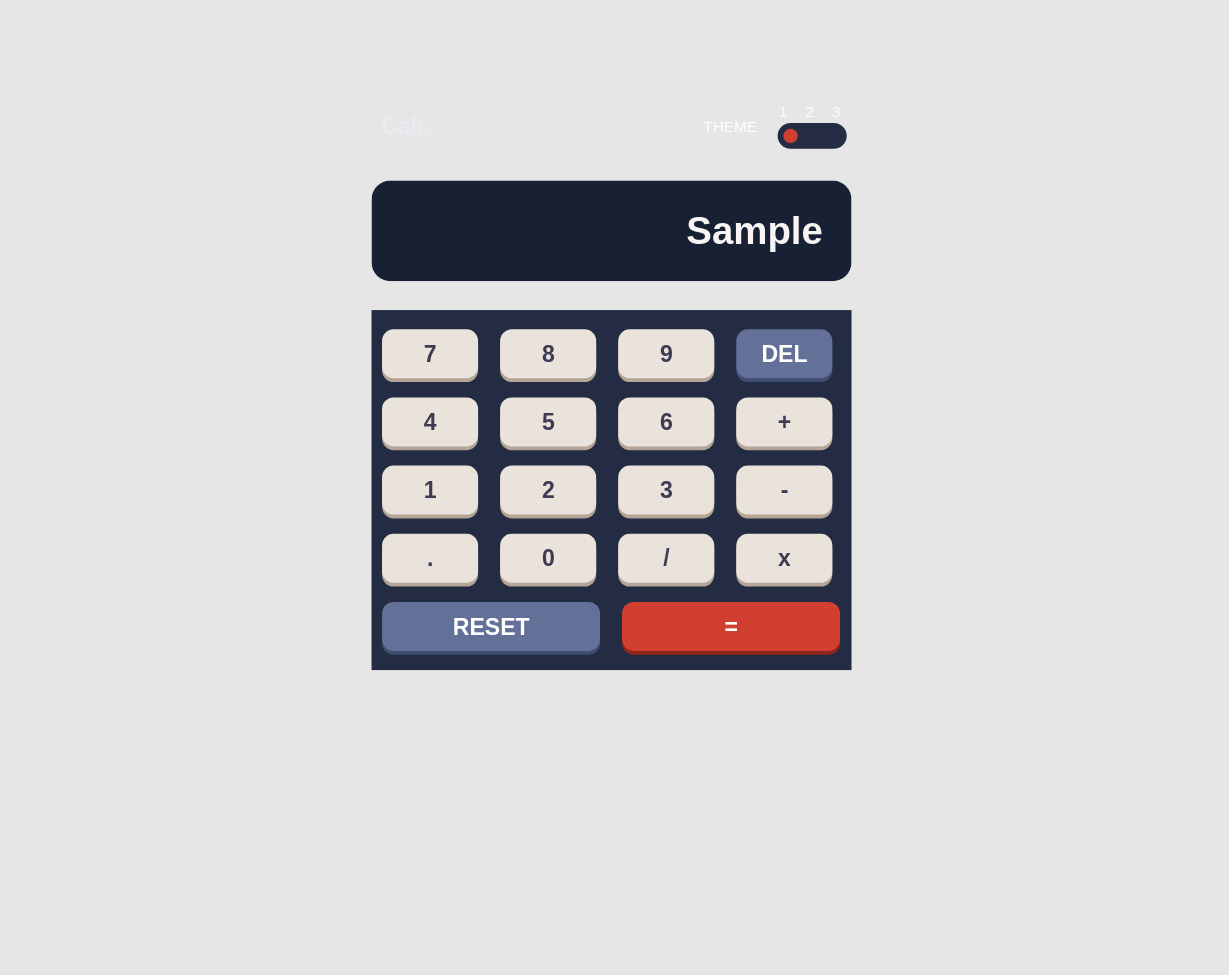
Repository: Bakyproit/Calcutor
Page: index.html
An editor plug-in stored every save of this project. The page is shown before and after the next save, followed by the edit.
The browser window is 1280 px wide. The pictures show the whole page, at 96% of full size.
Empty fields were first filled with sample values (such as "Sample", 5 or name@example.com).
After loading, the first visible `#one` was clicked once.

Above is the page before, as saved 2022-02-11 17:31:19.

After the next save:
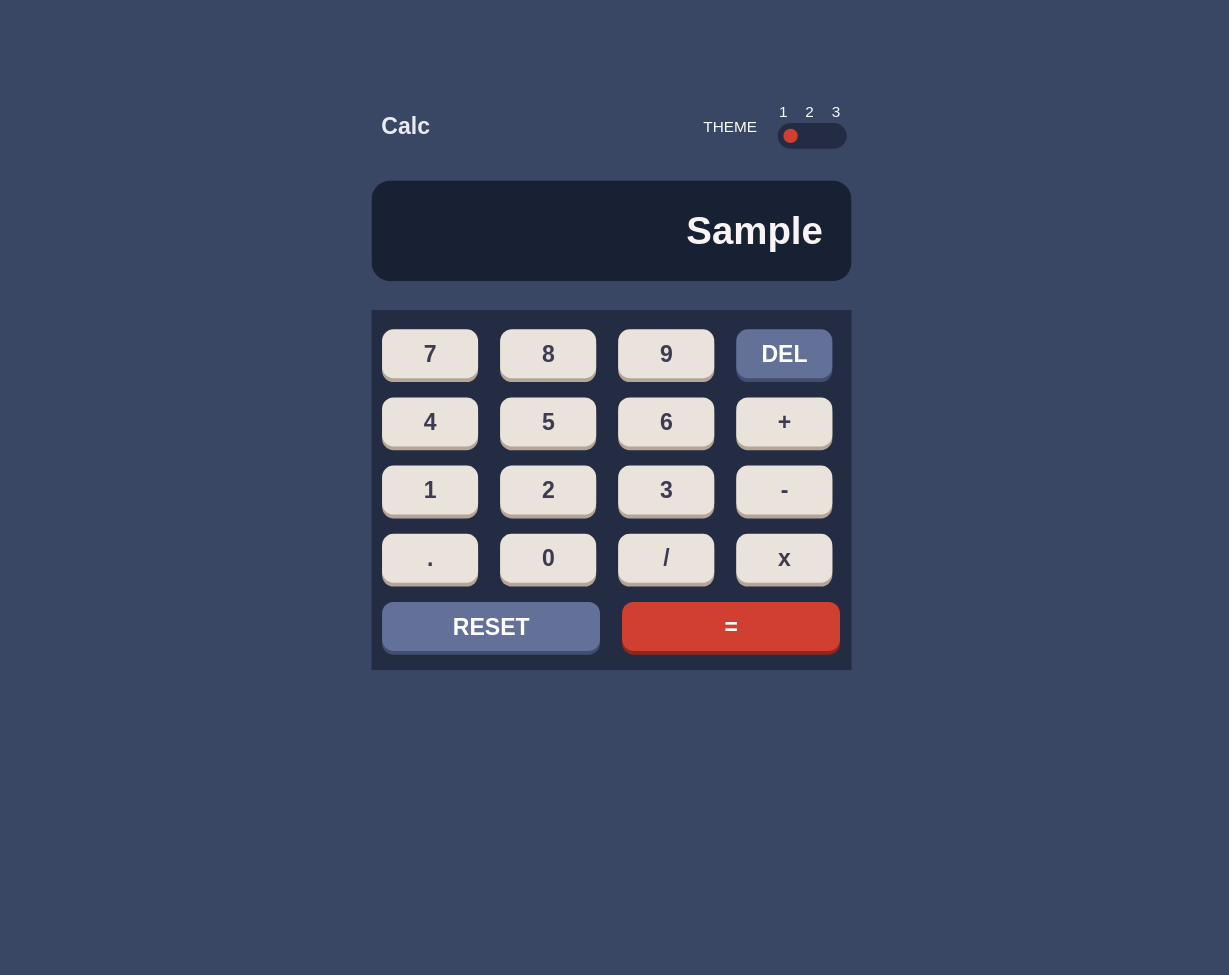
Saved 6 s later.
--- a/app.js
+++ b/app.js
@@ -32,7 +32,7 @@ const three = document.getElementById("three") ;
 // console.log(one) ;
 one.addEventListener("click" , function(){
     const body = document.querySelector("body") ;
-    body.classList.add("active2") ;
+    body.classList.remove("active2") ;
 });
 
 two.addEventListener("click" , function(){
